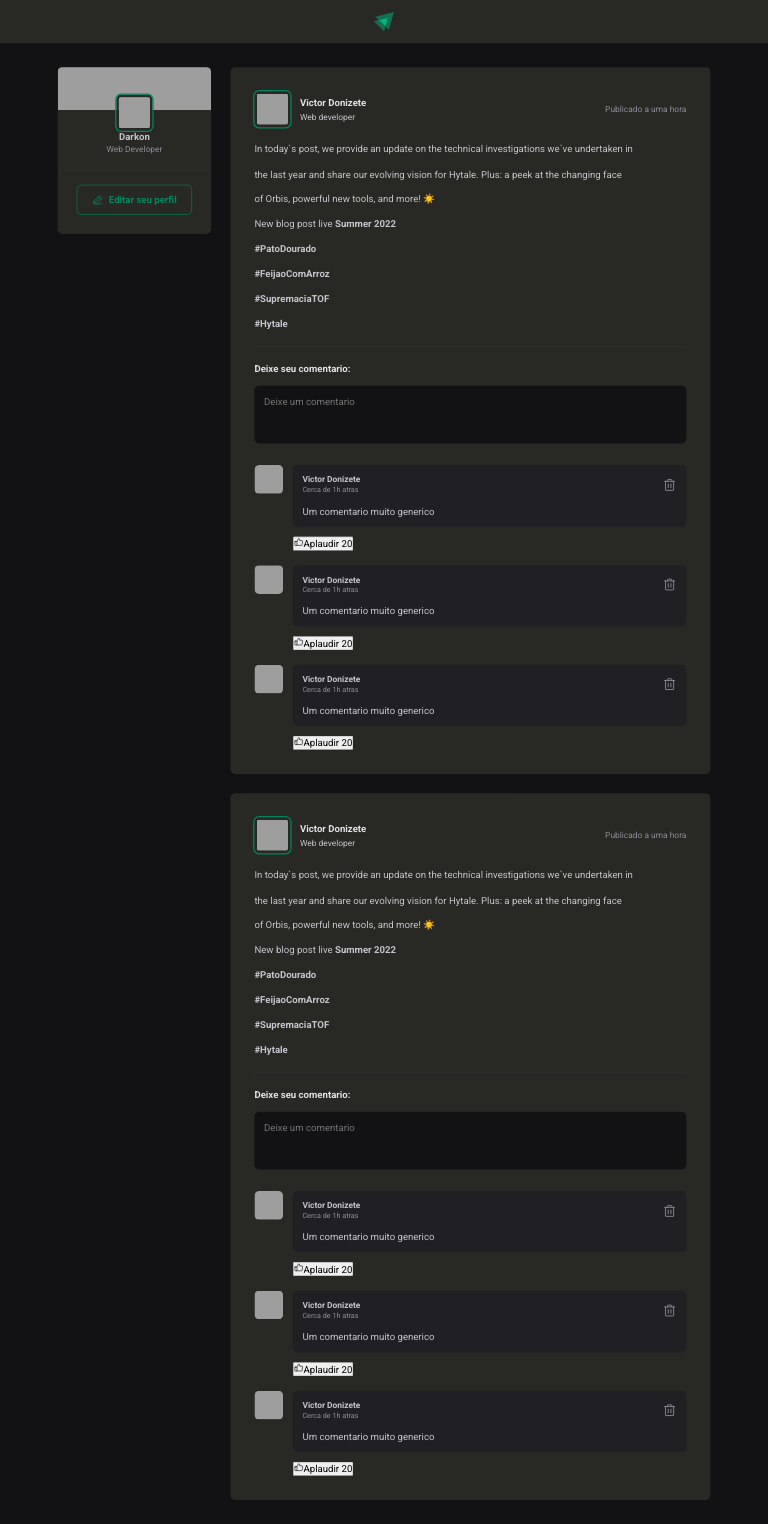
Repository: viviij/PseudoRedeSocial
Page: /
The author's editor kept a copy of each file at every save. The page is drawn from the files as they stood at one save, then again after the next save.
The browser window is 1280 px wide. The pictures show the whole page, at 60% of full size.
Pictures or frames that could not be fetched are drawn as grey boxes. The project was rebuilt for these pictures with package versions that can differ from the ones it lists, and the page was loaded fresh each time. Also part of the build but not shown: vite.config.js.

Above is the page before, as saved 2022-08-02 14:23:32.

### index.html
<!DOCTYPE html>
<html lang="en">
  <head>
    <meta charset="UTF-8" />
    <link rel="preconnect" href="https://fonts.googleapis.com">
    <link rel="preconnect" href="https://fonts.gstatic.com" crossorigin>
    <link rel="icon" type="image/svg+xml" href="/vite.svg" />
    <meta name="viewport" content="width=device-width, initial-scale=1.0" />
    <link href="https://fonts.googleapis.com/css2?family=Roboto:wght@400;700&display=swap" rel="stylesheet">
    <title>RedeSocial</title>
  </head>
  <body>
    <div id="root"></div>
    <script type="module" src="/src/main.jsx"></script>
  </body>
</html>

### src/App.jsx
import { Header } from "./components/header";
import { Sidebar } from "./components/Sidebar"
import { Post } from "./components/Post"

import styles from "./App.module.css"
import "./global.css"
export function App() {
  return (
    <div>
      <Header />

      <div className={styles.wrapper}>
        <Sidebar />
        <main>
          <Post
            author="Victor Donizete"
            content="Texto generico criado apenas para simular uma postagem"
          />
          <Post
            author="Fernanda Medeiros"
            content="Texto generico criado apenas para simular uma postagem"
          />
        </main>
      </div>
    </div>
  )
}

### src/components/header.jsx
import styles from "./Header.module.css"

import IgniteLogo from '../assets/IgniteLogo.svg'

export function Header() {
  return (
    <header className={styles.header}>
      <img src={IgniteLogo} alt="Logo da ignite" />
    </header>
  )
}

### src/components/Sidebar.jsx
import styles from "./Sidebar.module.css"
import { PencilLine } from "phosphor-react"

export function Sidebar() {
  return (
    <aside className={styles.sidebar}>
      <img
        className={styles.cover}
        src="https://images.unsplash.com/photo-1659095579647-7c1bbc73b36f?ixlib=rb-1.2.1&ixid=MnwxMjA3fDB8MHxlZGl0b3JpYWwtZmVlZHw1fHx8ZW58MHx8fHw%3D&auto=format&fit=crop&w=500&q=10" alt="plano de fundo"
      />

      <div className={styles.profile}>
        <img
          className={styles.avatar}
          src="https://github.com/viviij.png" alt="Foto de perfil" />

        <strong>Darkon</strong>
        <span>Web Developer</span>
      </div>

      <footer>
        <a
          href="#">
          <PencilLine
            size={20}
          />
          Editar seu perfil
        </a>
      </footer>
    </aside>
  )
}

### src/components/Post.jsx
import { Comment } from "./Comment"
import styles from "./Post.module.css"

export function Post() {
  return (
    <article className={styles.post}>
      <header>
        <div className={styles.author}>
          <img className={styles.avatar} src="https://github.com/viviij.png" alt="Foto do perfil" />
          <div className={styles.authorInfo}>
            <strong>Victor Donizete</strong>
            <span>Web developer</span>
          </div>
        </div>
        <time title="1 de agosto as 00:13h" dateTime="2022-05-11 00:13:46">Publicado a uma hora</time>
      </header>

      <div className={styles.content}>
        <p> In today`s post, we provide an update on the technical investigations we`ve undertaken in</p> <p> the last year and share our evolving vision for Hytale. Plus: a peek at the changing face </p>
        <p> of Orbis, powerful new tools, and more! ☀️ </p>
        <p>New blog post live <a href="https://hytale.com/news/2022/7/summer-2022-development-update">Summer 2022</a></p>

        <p><a href="#">#PatoDourado</a></p>{' '}
        <p><a href="#">#FeijaoComArroz</a></p>{' '}
        <p><a href="#">#SupremaciaTOF</a></p>{' '}
        <p><a href="#">#Hytale</a></p>
      </div>

      <form className={styles.commentForm}>
        <strong>Deixe seu comentario: </strong>

        <textarea
          placeholder="Deixe um comentario"
        />
        <footer>
          <button type="submit">Comentar</button>

        </footer>
      </form>

      <div className={styles.commentList}>
        <Comment />
        <Comment />
        <Comment />
      </div>
    </article>
  )
}

### src/App.module.css
.wrapper {
  max-width: 70rem;
  margin: 2rem auto;
  padding: 0.5rem 1rem;

  display: grid;
  grid-template-columns: 256px 1fr;
  gap: 2rem;
  align-items: flex-start;

}

### src/global.css
:root {
  --white: #ffffff;

  --gray-100: #e1e1e6;
  --gray-300: #c4c4cc;
  --gray-400: #8d8d99;
  --gray-600: #323238;
  --gray-700: #29292e;
  --grey-750: #202024;
  --gray-800: #282824;
  --gray-900: #121214;

  --green-300: #00B37E;
  --green-500: #00875f;

  --red-500: #F75A68;
}

:focus {
  outline: transparent;
  box-shadow: 0 0 0 2px var(--green-500)
}

* {
  margin: 0;
  padding: 0;
  box-sizing: border-box;
}

body {
  background: var(--gray-900);
  color: var(--gray-300);
  -webkit-font-smoothing: antialiased;
}

body,
input,
textarea,
button {
  font-family: 'Roboto', sans-serif;
  font-weight: 400;
  font-size: 1rem;
}

### src/components/Sidebar.module.css
.sidebar {
  background: var(--gray-800);
  border-radius: 8px;
  overflow: hidden;
}

.cover {
  width: 100%;
  height: 72px;
  object-fit: cover;
}

.profile {
  display: flex;
  flex-direction: column;
  align-items: center;

  margin-top: calc(0px - 1.5rem - 6px);
}

.avatar {
  width: calc(3rem + 12px);
  height: calc(3rem + 12px);
  border-radius: 8px;
  border: 4px solid var(--gray-800);
  outline: 2px solid var(--green-500);
}

.prfile strong {
  margin: 1rem;
  color: var(--gray-100);
  line-height: 1.6;
}

.profile span {
  font-size: 0.875rem;
  color: var(--gray-400);
  line-height: 1.6;
}

.sidebar footer {
  border-top: 1px solid var(--gray-600);
  margin-top: 1.5rem;
  padding: 1.5rem 2rem 2rem;
}

.sidebar footer a {
  width: 100%;
  background: transparent;
  color: var(--green-500);
  border: 1px solid var(--green-500);
  border-radius: 8px;
  height: 50px;
  padding: 0 1.5rem;
  font-weight: bold;
  display: block;
  text-decoration: none;

  display: flex;
  align-items: center;
  justify-content: center;

  gap: 0.5rem;

  transition: color 0.5s, background-color 0.5s;
}

.sidebar footer a:hover {
  background: var(--green-500);
  color: var(--white)
}

### src/components/Comment.jsx
import { ThumbsUp, Trash } from "phosphor-react"
import styles from "./Comment.module.css"

export function Comment() {
  return (
    <div className={styles.comment}>
      <img src="https://github.com/viviij.png" alt="Imagem de perfil" />

      <div className={styles.commentBox}>
        <div className={styles.commentContent}>
          <header>
            <div className={styles.authorAndTime}>
              <strong>Victor Donizete</strong>
              <time
                title="1 de agosto as 00:13h"
                dateTime="2022-05-11 00:13:46">Cerca de 1h atras
              </time>
            </div>

            <button title="deletar comentario">
              <Trash size={24} />
            </button>
          </header>

          <p>Um comentario muito generico</p>
        </div>

        <footer>
          <button>
            <ThumbsUp />
            Aplaudir <span>20</span>
          </button>
        </footer>
      </div>
    </div>
  )
}

### src/components/Post.module.css
.post {
  background: var(--gray-800);
  border-radius: 8px;
  padding: 2.5rem;
}

.post+.post {
  margin-top: 2rem;
}

.content {
  line-height: 1.6;
  color: var(--gray-300);
  margin-top: 1.5rem;
}

.content p {
  margin-top: 1rem;
}

.content a {
  font-weight: bold;
  color: var(--gray-500);
  text-decoration: none;
}

.content a:hover {
  color: var(--green-300);
}

.post>header {
  display: flex;
  align-items: center;
  justify-content: space-between;
}

.post>header time {
  font-size: 0.875rem;
  color: var(--gray-400);
}

.author {
  display: flex;
  align-items: center;
  gap: 1rem;
}

.author img {
  width: calc(3rem + 12px);
  height: calc(3rem + 12px);
  border-radius: 8px;
  border: 4px solid var(--gray-800);
  outline: 2px solid var(--green-500);
}

.authorInfo strong {
  display: block;
  color: var(--gray-100);
  line-height: 1.6;
}

.authorInfo span {
  display: block;
  font-size: 0.875rem;
  color: var(--grey-400);
  line-height: 1.6;
}

.commentForm {
  width: 100%;
  margin-top: 1.5rem;
  padding-top: 1.5rem;
  border-top: 1px solid var(--gray-600);
}

.commentForm>strong {
  line-height: 1.6;
  color: var(--gray-100);
}

.commentForm textarea {
  width: 100%;
  background: var(--gray-900);
  border: 0;
  resize: none;
  height: 6rem;
  padding: 1rem;
  border-radius: 8px;
  color: var(--gray-100);
  line-height: 1.4;
  margin-top: 1rem;
}

.commentForm footer {
  visibility: hidden;
  max-height: 0;

}

.commentForm:focus-within footer {
  visibility: visible;
  max-height: none;
  transition: 1s;
}

.commentForm button[type=submit] {
  padding: 1rem 1.5rem;
  margin-top: 1rem;
  border-radius: 8px;
  border: 0;
  background: var(--green-500);
  color: var(--white);
  font-weight: bold;
  cursor: pointer;

  transition: background-color 0.5s;
}

.commentForm button[type=submit]:hover {
  background: var(--green-300);
}

.commentList {
  margin-top: 2rem;
}

### src/components/Comment.module.css
.comment {
  margin-top: 1.5rem;
  display: flex;
  gap: 1rem;
}

.comment>img {
  width: 3rem;
  height: 3rem;
  border-radius: 8px;
}

.commentBox {
  flex: 1;
}

.commentContent {
  background: var(--grey-750);
  border-radius: 8px;
  padding: 1rem;
}

.commentContent header {
  display: flex;
  align-items: center;
  justify-content: space-between;
}

.authorAndTime strong {
  display: block;
  font-size: 0.875rem;
  justify-content: space-between;
}

.authorAndTime time {
  display: block;
  font-size: 0.75rem;
  line-height: 1.6;
  color: var(--gray-400);
}

.commentContent header button {
  background: transparent;
  border: 0;
  color: var(--gray-400);
  cursor: pointer;
  line-height: 0;
  border-radius: 2px;
}

.commentContent header button:hover {
  color: var(--red-500);
}

.commentContent p {
  margin-top: 1rem;
  color: var(--grey-300);
}

.commentBox footer {
  margin-top: 1rem;
}

.commantBox footer button {
  background: transparent;
  border: 0;
  color: var(--gray-400);
  cursor: pointer;

  display: flex;
  align-items: center;

  border-radius: 2px;
}

.commantBox footer button:hover {
  color: var(--green-300);
}

.commantBox footer button svg {
  margin-right: 0.5rem;
}

.commantBox footer button span::before {
  padding: 0 0 0.25rem;
  content: 0 0.25rem;
}

Loaded but not shown: src/main.jsx (common file); src/components/Header.module.css (common file)

After the next save:
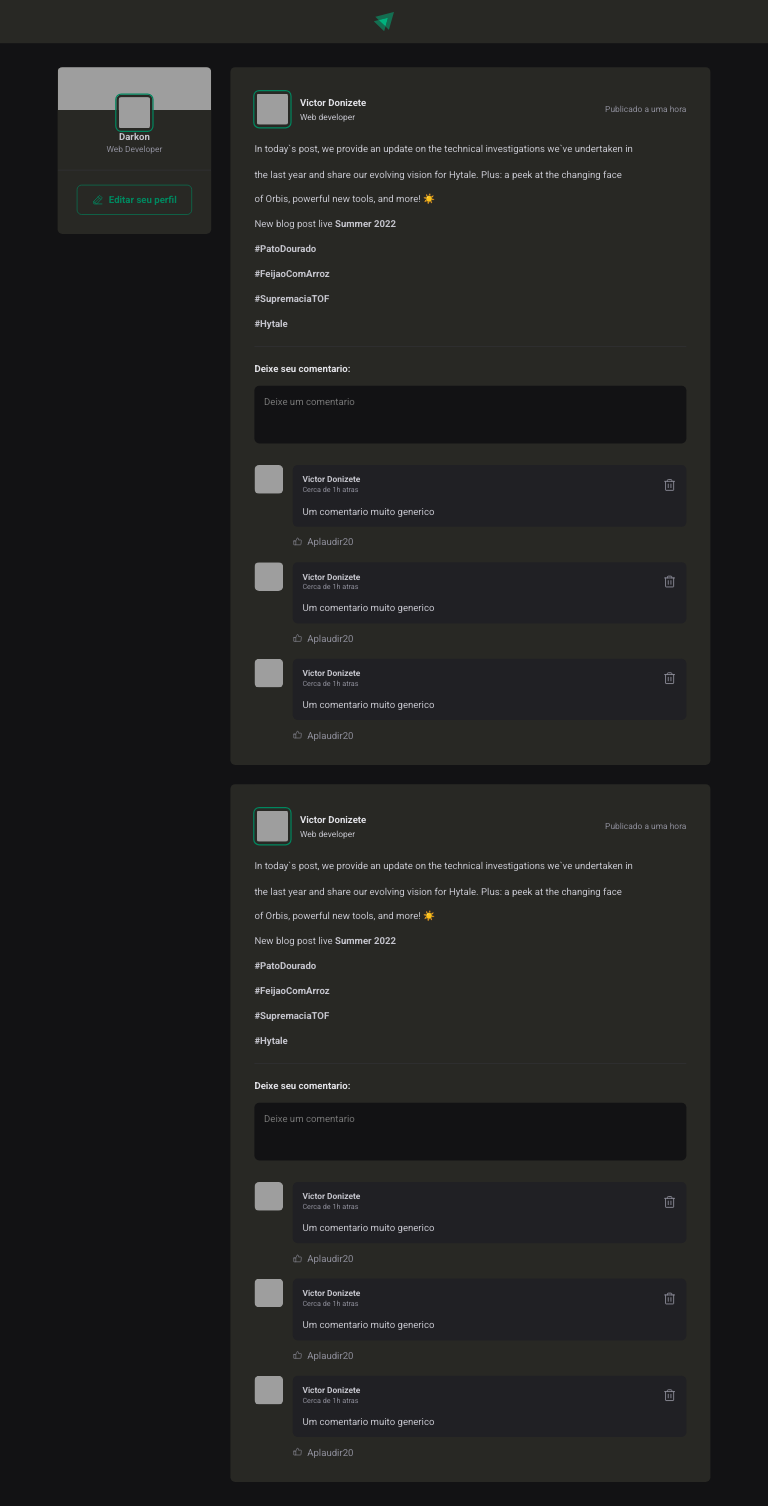
Saved 54 s later.
--- a/src/components/Comment.module.css
+++ b/src/components/Comment.module.css
@@ -61,7 +61,7 @@
   margin-top: 1rem;
 }
 
-.commantBox footer button {
+.commentBox footer button {
   background: transparent;
   border: 0;
   color: var(--gray-400);
@@ -73,15 +73,15 @@
   border-radius: 2px;
 }
 
-.commantBox footer button:hover {
+.commentBox footer button:hover {
   color: var(--green-300);
 }
 
-.commantBox footer button svg {
+.commentBox footer button svg {
   margin-right: 0.5rem;
 }
 
-.commantBox footer button span::before {
+.commentBox footer button span::before {
   padding: 0 0 0.25rem;
   content: 0 0.25rem;
 }
